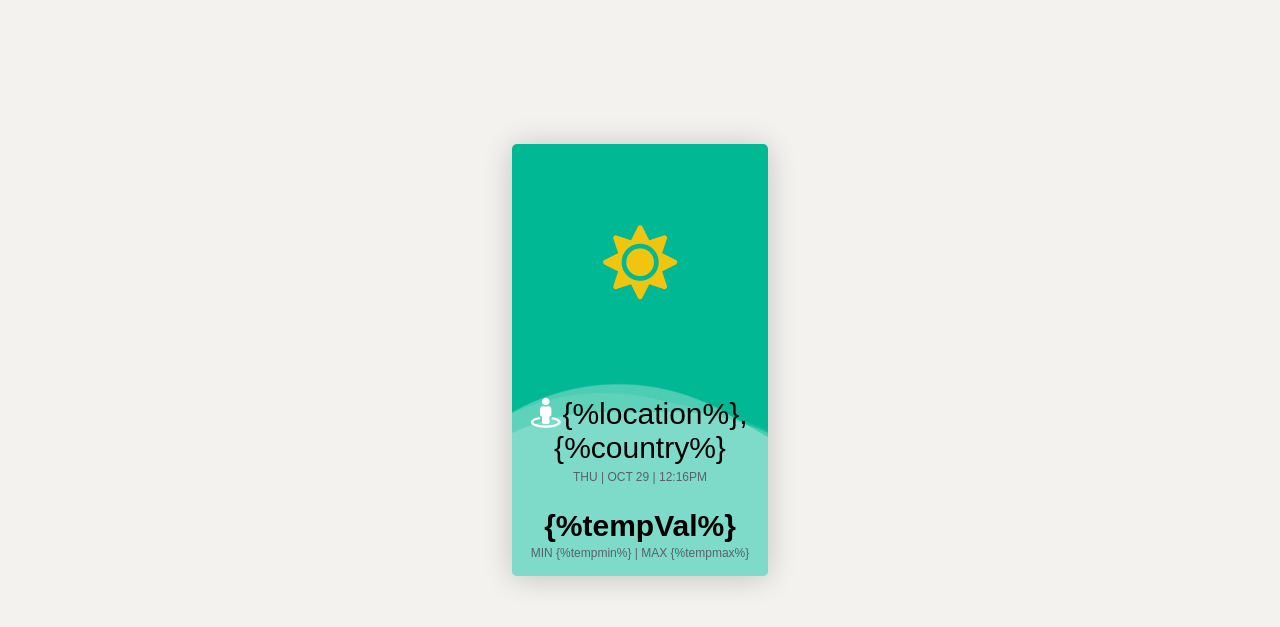
Repository: AalokJadhav/Weather_Website
Page: home.html
The author's editor kept a copy of each file at every save. The page is drawn from the files as they stood at one save, then again after the next save.
The browser window is 1280 px wide. The pictures show the whole page.
Some web libraries are served in a nearby version.

Above is the page before, as saved 2020-11-02 23:49:46.

### home.html
<!DOCTYPE html>
<html lang="en">

<head>
    <meta charset="UTF-8">
    <meta name="viewport" content="width=device-width, initial-scale=1.0">
    <link rel="stylesheet" href="https://cdnjs.cloudflare.com/ajax/libs/font-awesome/5.10.0/css/all.min.css"
        integrity="sha512-PgQMlq+nqFLV4ylk1gwUOgm6CtIIXkKwaIHp/PAIWHzig/lKZSEGKEysh0TCVbHJXCLN7WetD8TFecIky75ZfQ=="
        crossorigin="anonymous" />
    <style>
        * {
            padding: 0;
            margin: 0;
            /* font-family: "Jost", sans-serif; */
            font-family: "Quicksand", sans-serif;
        }

        body {
            background: #f3f2ef;
            display: flex;
            justify-content: center;
            align-items: center;
            flex-wrap: wrap;
            height: 100vh;
            width: 100vw;
        }

        html,
        body {
            font-size: 62.5%;
            height: 100%;
        }

        html {
            background: #eee;
        }

        .box {
            width: 20vw;
            height: 60vh;
            border-radius: 0.5rem;
            box-shadow: 0 0.2rem 3rem rgba(0, 0, 0, 0.2);
            background: #00b894;
            position: relative;
            overflow: hidden;
            transform: translate3d(0, 0, 0);
            min-width: 20rem;
            min-height: 35rem;
        }

        .wave {
            opacity: 0.3;
            position: absolute;
            top: 120%;
            left: 50%;
            background: white;
            width: 50rem;
            height: 50rem;
            margin-left: -25rem;
            margin-top: -25rem;
            transform-origin: 50% 48%;
            border-radius: 43%;
            animation: drift 3000ms infinite linear;
            z-index: 1;
        }

        .wave.-three {
            animation: drift 5000ms infinite linear;
            z-index: 2 !important;
            opacity: 0.2;
        }

        .wave.-two {
            animation: drift 7000ms infinite linear;
            opacity: 0.1;
            z-index: 3 !important;
        }

        .box:after {
            content: "";
            display: block;
            left: 0;
            top: 0;
            width: 100%;
            height: 100%;
            z-index: 11;
            transform: translate3d(0, 0, 0);
        }

        @keyframes drift {
            from {
                transform: rotate(0deg);
            }

            from {
                transform: rotate(360deg);
            }
        }

        .info {
            position: absolute;
            bottom: 0;
            width: 100%;
            height: 45%;
            z-index: 4;
        }

        .location {
            margin-top: 1.5rem;
            text-align: center;
            font-weight: 800;
            font-size: 3rem;
            font-weight: 500;
        }

        .fa-street-view {
            animation: rotates 3s linear infinite alternate;
        }

        @keyframes rotates {
            from {
                transform: translateX(-0.5rem);
            }

            to {
                transform: translateX(0.5rem);
            }
        }

        #date {
            text-align: center;
            margin-top: 0.5rem;
            color: #57606f;
            font-size: 1.2rem;
            font-weight: 300;
            text-transform: uppercase;
        }

        .temp {
            margin-top: 2.5rem;
            text-align: center;
            font-size: 3rem;
        }

        .tempmin_max {
            text-align: center;
            margin-top: 0.3rem;
            font-weight: 300;
            font-size: 1.2rem;
            color: #57606f;
        }

        #weathercon {
            height: 55%;
            display: flex;
            justify-content: center;
            align-items: center;
            font-size: 3em;
        }

        #weathercon .fas {
            font-size: 6rem;
            animation: fas-anime 3s linear infinite alternate;
        }

        @keyframes fas-anime {
            from {
                transform: scale(1.1);
            }

            to {
                transform: scale(1.5);
            }
        }

        @media (max-width: 600px) {
            .box {
                width: 90vw;
                height: 80vh;
            }

            .wave {
                top: 85%;
            }

            #weathercon {
                font-size: 5em;
            }

            .info {
                font-size: 1.5rem;
            }
        }

        @media (max-height: 500px) {
            .box {
                height: 80vh;
            }

            .wave {
                top: 115%;
            }
        }

        body>span {
            width: 100vw;
            text-align: center;
            color: grey;
        }
    </style>
    <title>Weather App</title>
</head>

<body>
    <div class="box">
        <div class="wave -one"></div>
        <div class="wave -two"></div>
        <div class="wave -three"></div>

        <div id="weathercon">
            <i class="fas fa-sun" style="color: #f1c40f;"></i>
        </div>

        <div class="info">
            <h2 class="location"><i class="fas fa-street-view" style="color: #fff"></i>{%location%}, {%country%}</h2>
            <p id="date">THU | OCT 29 | 12:13PM</p>
            <h1 class="temp">{%tempVal%}</h1>
            <h3 class="tempmin_max">MIN {%tempmin%} | MAX {%tempmax%}</h3>
        </div>
    </div>

    <script>
        const curDate = document.getElementById('date');
        let weathercon = document.getElementById('weathercon');
        const tempStatus = "clouds";

        const getCurrentDay = () => {
            var weekday = new Array(7);
            weekday[0] = "Sun";
            weekday[1] = "Mon";
            weekday[2] = "Tue";
            weekday[3] = "Wed";
            weekday[4] = "Thu";
            weekday[5] = "Fri";
            weekday[6] = "Sat";

            let currentTime = new Date();
            console.log(weekday[currentTime.getDay()]);
            let day = weekday[currentTime.getDay()];
            return day;
        };

        const getCurrentTime = () => {
            var months = [
                "Jan",
                "Feb",
                "March",
                "April",
                "May",
                "June",
                "July",
                "Aug",
                "Sept",
                "Oct",
                "Nov",
                "Dec"
            ]

            var now = new Date();
            var month = months[now.getMonth()];
            var date = now.getDate();

            let hours = now.getHours();
            let mins = now .getMinutes()

            let periods = 'AM';

            if (hours > 11) {
                periods = 'PM';
                if (hours > 12) hours -= 12;
            };

            if (mins < 10) {
                mins = '0' + mins;
            };
            return `${month} ${date} | ${hours}:${mins}${periods}`
            console.log(month + "/", + day);
        };
        curDate.innerHTML = getCurrentDay() + ' | ' +  getCurrentTime()
        getCurrentTime();


    </script>
</body>

</html>

After the next save:
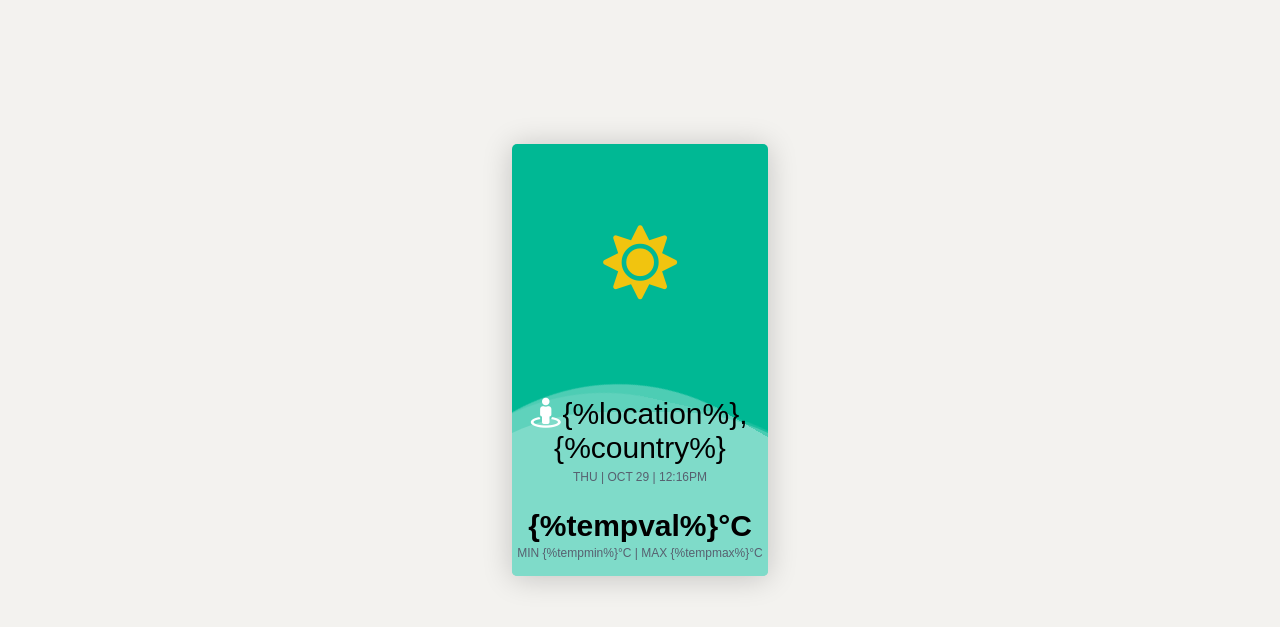
Saved 96 s later.
--- a/home.html
+++ b/home.html
@@ -224,8 +224,8 @@
         <div class="info">
             <h2 class="location"><i class="fas fa-street-view" style="color: #fff"></i>{%location%}, {%country%}</h2>
             <p id="date">THU | OCT 29 | 12:13PM</p>
-            <h1 class="temp">{%tempVal%}</h1>
-            <h3 class="tempmin_max">MIN {%tempmin%} | MAX {%tempmax%}</h3>
+            <h1 class="temp">{%tempval%}&deg;C</h1>
+            <h3 class="tempmin_max">MIN {%tempmin%}&deg;C | MAX {%tempmax%}&deg;C</h3>
         </div>
     </div>
 
